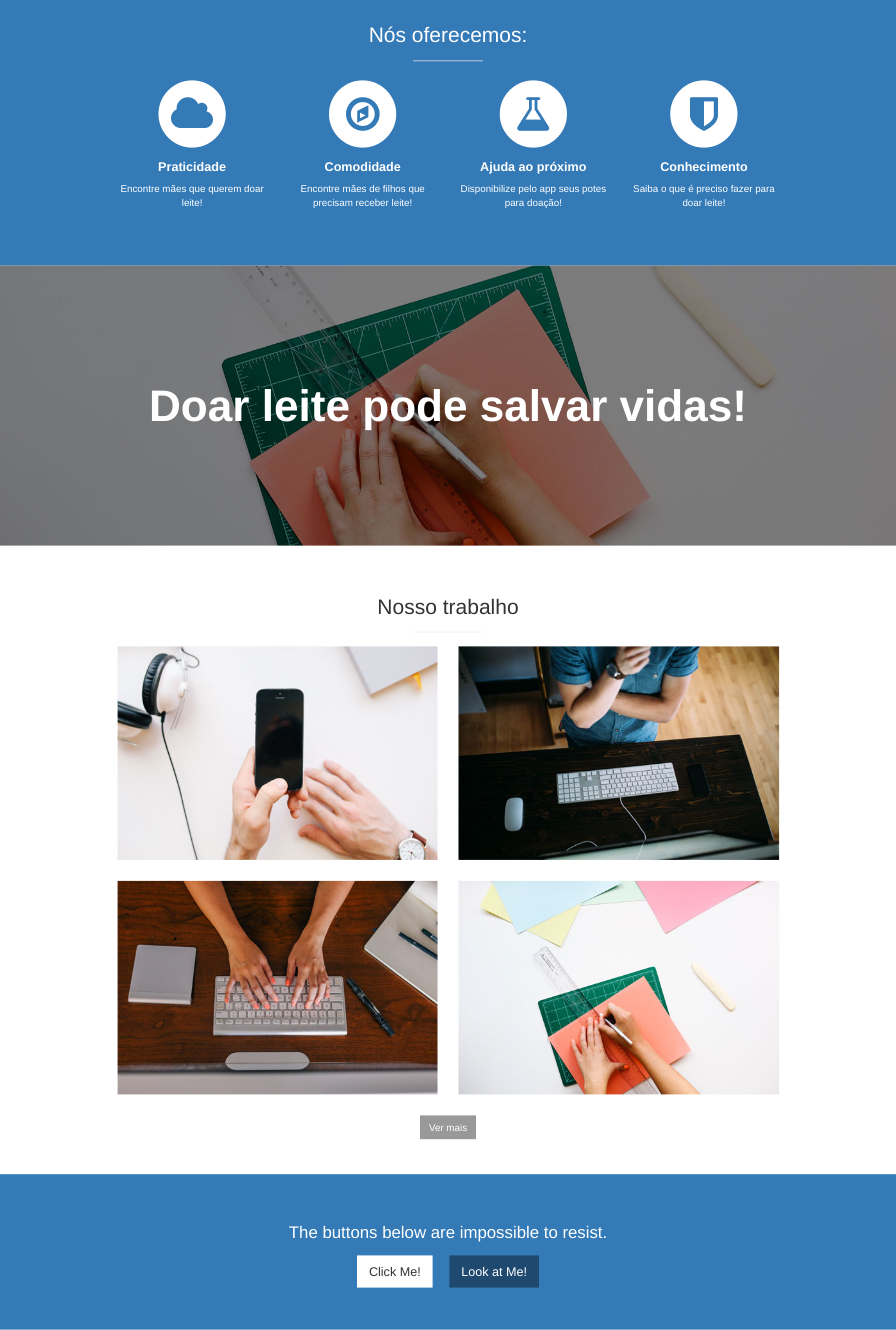
Repository: rsanttos/AmamentAcaoPage
Page: AmamentAcao/WebContent/index.html
These files come from the project's save history. The page is drawn as it stood at one moment and after the next save; the edit follows.
The browser window is 1280 px wide. The pictures show the part of the page from y = 968 to 2868 px (the page is 3841 px tall), at 70% of full size.
Pictures or frames that could not be fetched are drawn as grey boxes. Some web fonts or font styles are not loaded; a fallback is used.

Above is the page before, as saved 2016-11-24 19:40:15.

### AmamentAcao/WebContent/index.html
<!DOCTYPE html>
<html lang="en">

<head>

    <meta charset="utf-8">
    <meta http-equiv="X-UA-Compatible" content="IE=edge">
    <meta name="viewport" content="width=device-width, initial-scale=1">
    <meta name="description" content="">
    <meta name="author" content="">

    <title>AmamentAção</title>

    <!-- Bootstrap Core CSS -->
    <link href="css/bootstrap.min.css" rel="stylesheet">

    <!-- Custom CSS -->
    <link href="css/stylish-portfolio.css" rel="stylesheet">

    <!-- Custom Fonts -->
    <link href="font-awesome/css/font-awesome.min.css" rel="stylesheet" type="text/css">
    <link href="https://fonts.googleapis.com/css?family=Source+Sans+Pro:300,400,700,300italic,400italic,700italic" rel="stylesheet" type="text/css">

    <!-- HTML5 Shim and Respond.js IE8 support of HTML5 elements and media queries -->
    <!-- WARNING: Respond.js doesn't work if you view the page via file:// -->
    <!--[if lt IE 9]>
        <script src="https://oss.maxcdn.com/libs/html5shiv/3.7.0/html5shiv.js"></script>
        <script src="https://oss.maxcdn.com/libs/respond.js/1.4.2/respond.min.js"></script>
    <![endif]-->

</head>

<body>

    <!-- Navigation -->
    <a id="menu-toggle" href="#" class="btn btn-dark btn-lg toggle"><i class="fa fa-bars"></i></a>
    <nav id="sidebar-wrapper">
        <ul class="sidebar-nav">
            <a id="menu-close" href="#" class="btn btn-light btn-lg pull-right toggle"><i class="fa fa-times"></i></a>
            <li class="sidebar-brand">
                <a href="#top" onclick=$("#menu-close").click();>AmamentAção</a>
            </li>
            <li>
                <a href="#top" onclick=$("#menu-close").click();>Home</a>
            </li>
            <li>
                <a href="#about" onclick=$("#menu-close").click();>Sobre</a>
            </li>
            <li>
                <a href="#services" onclick=$("#menu-close").click();>Serviços</a>
            </li>
            <li>
                <a href="#portfolio" onclick=$("#menu-close").click();>Portfolio</a>
            </li>
            <li>
                <a href="#contact" onclick=$("#menu-close").click();>Contato</a>
            </li>
        </ul>
    </nav>

    <!-- Header -->
    <header id="top" class="header">
        <div class="text-vertical-center">
            <h1>AmamentAção</h1>
            <h3>Porque todo bebê merece uma alimentação completa</h3>
            <br>
            <a href="#about" class="btn btn-dark btn-lg">Saiba mais</a>
        </div>
    </header>

    <!-- About -->
    <section id="about" class="about">
        <div class="container">
            <div class="row">
                <div class="col-lg-12 text-center">
                    <h2>Doe leite!</h2>
                    <p class="lead">O leite materno é considerado o alimento mais completo que os recém-nascidos podem ter em suas dietas.</p>
                </div>
            </div>
            <!-- /.row -->
        </div>
        <!-- /.container -->
    </section>

    <!-- Services -->
    <!-- The circle icons use Font Awesome's stacked icon classes. For more information, visit http://fontawesome.io/examples/ -->
    <section id="services" class="services bg-primary">
        <div class="container">
            <div class="row text-center">
                <div class="col-lg-10 col-lg-offset-1">
                    <h2>Nós oferecemos:</h2>
                    <hr class="small">
                    <div class="row">
                        <div class="col-md-3 col-sm-6">
                            <div class="service-item">
                                <span class="fa-stack fa-4x">
                                <i class="fa fa-circle fa-stack-2x"></i>
                                <i class="fa fa-cloud fa-stack-1x text-primary"></i>
                            </span>
                                <h4>
                                    <strong>Praticidade</strong>
                                </h4>
                                <p>Encontre mães que querem doar leite!</p>
                            </div>
                        </div>
                        <div class="col-md-3 col-sm-6">
                            <div class="service-item">
                                <span class="fa-stack fa-4x">
                                <i class="fa fa-circle fa-stack-2x"></i>
                                <i class="fa fa-compass fa-stack-1x text-primary"></i>
                            </span>
                                <h4>
                                    <strong>Comodidade</strong>
                                </h4>
                                <p>Encontre mães de filhos que precisam receber leite!</p>
                            </div>
                        </div>
                        <div class="col-md-3 col-sm-6">
                            <div class="service-item">
                                <span class="fa-stack fa-4x">
                                <i class="fa fa-circle fa-stack-2x"></i>
                                <i class="fa fa-flask fa-stack-1x text-primary"></i>
                            </span>
                                <h4>
                                    <strong>Ajuda ao próximo</strong>
                                </h4>
                                <p>Disponibilize pelo app seus potes para doação!</p>
                            </div>
                        </div>
                        <div class="col-md-3 col-sm-6">
                            <div class="service-item">
                                <span class="fa-stack fa-4x">
                                <i class="fa fa-circle fa-stack-2x"></i>
                                <i class="fa fa-shield fa-stack-1x text-primary"></i>
                            </span>
                                <h4>
                                    <strong>Conhecimento</strong>
                                </h4>
                                <p>Saiba o que é preciso fazer para doar leite!</p>
                            </div>
                        </div>
                    </div>
                    <!-- /.row (nested) -->
                </div>
                <!-- /.col-lg-10 -->
            </div>
            <!-- /.row -->
        </div>
        <!-- /.container -->
    </section>

    <!-- Callout -->
    <aside class="callout">
        <div class="text-vertical-center">
            <h1>Doar leite pode salvar vidas!</h1>
        </div>
    </aside>

    <!-- Portfolio -->
    <section id="portfolio" class="portfolio">
        <div class="container">
            <div class="row">
                <div class="col-lg-10 col-lg-offset-1 text-center">
                    <h2>Nosso trabalho</h2>
                    <hr class="small">
                    <div class="row">
                        <div class="col-md-6">
                            <div class="portfolio-item">
                                <a href="#">
                                    <img class="img-portfolio img-responsive" src="img/portfolio-1.jpg">
                                </a>
                            </div>
                        </div>
                        <div class="col-md-6">
                            <div class="portfolio-item">
                                <a href="#">
                                    <img class="img-portfolio img-responsive" src="img/portfolio-2.jpg">
                                </a>
                            </div>
                        </div>
                        <div class="col-md-6">
                            <div class="portfolio-item">
                                <a href="#">
                                    <img class="img-portfolio img-responsive" src="img/portfolio-3.jpg">
                                </a>
                            </div>
                        </div>
                        <div class="col-md-6">
                            <div class="portfolio-item">
                                <a href="#">
                                    <img class="img-portfolio img-responsive" src="img/portfolio-4.jpg">
                                </a>
                            </div>
                        </div>
                    </div>
                    <!-- /.row (nested) -->
                    <a href="#" class="btn btn-dark">Ver mais</a>
                </div>
                <!-- /.col-lg-10 -->
            </div>
            <!-- /.row -->
        </div>
        <!-- /.container -->
    </section>

    <!-- Call to Action -->
    <aside class="call-to-action bg-primary">
        <div class="container">
            <div class="row">
                <div class="col-lg-12 text-center">
                    <h3>The buttons below are impossible to resist.</h3>
                    <a href="#" class="btn btn-lg btn-light">Click Me!</a>
                    <a href="#" class="btn btn-lg btn-dark">Look at Me!</a>
                </div>
            </div>
        </div>
    </aside>

    <!-- Map -->
    <section id="contact" class="map">
        <iframe width="100%" height="100%" frameborder="0" scrolling="no" marginheight="0" marginwidth="0" src="https://maps.google.com/maps?f=q&amp;source=s_q&amp;hl=en&amp;geocode=&amp;q=Twitter,+Inc.,+Market+Street,+San+Francisco,+CA&amp;aq=0&amp;oq=twitter&amp;sll=28.659344,-81.187888&amp;sspn=0.128789,0.264187&amp;ie=UTF8&amp;hq=Twitter,+Inc.,+Market+Street,+San+Francisco,+CA&amp;t=m&amp;z=15&amp;iwloc=A&amp;output=embed"></iframe>
        <br />
        <small>
            <a href="https://maps.google.com/maps?f=q&amp;source=embed&amp;hl=en&amp;geocode=&amp;q=Twitter,+Inc.,+Market+Street,+San+Francisco,+CA&amp;aq=0&amp;oq=twitter&amp;sll=28.659344,-81.187888&amp;sspn=0.128789,0.264187&amp;ie=UTF8&amp;hq=Twitter,+Inc.,+Market+Street,+San+Francisco,+CA&amp;t=m&amp;z=15&amp;iwloc=A"></a>
        </small>
        </iframe>
    </section>

    <!-- Footer -->
    <footer>
        <div class="container">
            <div class="row">
                <div class="col-lg-10 col-lg-offset-1 text-center">
                    <h4><strong>Start Bootstrap</strong>
                    </h4>
                    <p>3481 Melrose Place
                        <br>Beverly Hills, CA 90210</p>
                    <ul class="list-unstyled">
                        <li><i class="fa fa-phone fa-fw"></i> (123) 456-7890</li>
                        <li><i class="fa fa-envelope-o fa-fw"></i> <a href="mailto:name@example.com">name@example.com</a>
                        </li>
                    </ul>
                    <br>
                    <ul class="list-inline">
                        <li>
                            <a href="#"><i class="fa fa-facebook fa-fw fa-3x"></i></a>
                        </li>
                        <li>
                            <a href="#"><i class="fa fa-twitter fa-fw fa-3x"></i></a>
                        </li>
                        <li>
                            <a href="#"><i class="fa fa-dribbble fa-fw fa-3x"></i></a>
                        </li>
                    </ul>
                    <hr class="small">
                    <p class="text-muted">Copyright &copy; Your Website 2014</p>
                </div>
            </div>
        </div>
        <a id="to-top" href="#top" class="btn btn-dark btn-lg"><i class="fa fa-chevron-up fa-fw fa-1x"></i></a>
    </footer>

    <!-- jQuery -->
    <script src="js/jquery.js"></script>

    <!-- Bootstrap Core JavaScript -->
    <script src="js/bootstrap.min.js"></script>

    <!-- Custom Theme JavaScript -->
    <script>
    // Closes the sidebar menu
    $("#menu-close").click(function(e) {
        e.preventDefault();
        $("#sidebar-wrapper").toggleClass("active");
    });
    // Opens the sidebar menu
    $("#menu-toggle").click(function(e) {
        e.preventDefault();
        $("#sidebar-wrapper").toggleClass("active");
    });
    // Scrolls to the selected menu item on the page
    $(function() {
        $('a[href*=#]:not([href=#],[data-toggle],[data-target],[data-slide])').click(function() {
            if (location.pathname.replace(/^\//, '') == this.pathname.replace(/^\//, '') || location.hostname == this.hostname) {
                var target = $(this.hash);
                target = target.length ? target : $('[name=' + this.hash.slice(1) + ']');
                if (target.length) {
                    $('html,body').animate({
                        scrollTop: target.offset().top
                    }, 1000);
                    return false;
                }
            }
        });
    });
    //#to-top button appears after scrolling
    var fixed = false;
    $(document).scroll(function() {
        if ($(this).scrollTop() > 250) {
            if (!fixed) {
                fixed = true;
                // $('#to-top').css({position:'fixed', display:'block'});
                $('#to-top').show("slow", function() {
                    $('#to-top').css({
                        position: 'fixed',
                        display: 'block'
                    });
                });
            }
        } else {
            if (fixed) {
                fixed = false;
                $('#to-top').hide("slow", function() {
                    $('#to-top').css({
                        display: 'none'
                    });
                });
            }
        }
    });
    // Disable Google Maps scrolling
    // See http://stackoverflow.com/a/25904582/1607849
    // Disable scroll zooming and bind back the click event
    var onMapMouseleaveHandler = function(event) {
        var that = $(this);
        that.on('click', onMapClickHandler);
        that.off('mouseleave', onMapMouseleaveHandler);
        that.find('iframe').css("pointer-events", "none");
    }
    var onMapClickHandler = function(event) {
            var that = $(this);
            // Disable the click handler until the user leaves the map area
            that.off('click', onMapClickHandler);
            // Enable scrolling zoom
            that.find('iframe').css("pointer-events", "auto");
            // Handle the mouse leave event
            that.on('mouseleave', onMapMouseleaveHandler);
        }
        // Enable map zooming with mouse scroll when the user clicks the map
    $('.map').on('click', onMapClickHandler);
    </script>

</body>

</html>

### AmamentAcao/WebContent/css/stylish-portfolio.css
/*!
 * Start Bootstrap - Stylish Portfolio (http://startbootstrap.com/)
 * Copyright 2013-2016 Start Bootstrap
 * Licensed under MIT (https://github.com/BlackrockDigital/startbootstrap/blob/gh-pages/LICENSE)
 */

/* Global Styles */

html,
body {
    width: 100%;
    height: 100%;
}

body {
    font-family: "Source Sans Pro","Helvetica Neue",Helvetica,Arial,sans-serif;
}

.text-vertical-center {
    display: table-cell;
    text-align: center;
    vertical-align: middle;
}

.text-vertical-center h1 {
    margin: 0;
    padding: 0;
    font-size: 4.5em;
    font-weight: 700;
}

/* Custom Button Styles */

.btn-dark {
    border-radius: 0;
    color: #fff;
    background-color: rgba(0,0,0,0.4);
}

.btn-dark:hover,
.btn-dark:focus,
.btn-dark:active {
    color: #fff;
    background-color: rgba(0,0,0,0.7);
}

.btn-light {
    border-radius: 0;
    color: #333;
    background-color: rgb(255,255,255);
}

.btn-light:hover,
.btn-light:focus,
.btn-light:active {
    color: #333;
    background-color: rgba(255,255,255,0.8);
}

/* Custom Horizontal Rule */

hr.small {
    max-width: 100px;
}

/* Side Menu */

#sidebar-wrapper {
    z-index: 1000;
    position: fixed;
    right: 0;
    width: 250px;
    height: 100%;
    transform: translateX(250px);
    overflow-y: auto;
    background: #222;
    -webkit-transition: all 0.4s ease 0s;
    -moz-transition: all 0.4s ease 0s;
    -ms-transition: all 0.4s ease 0s;
    -o-transition: all 0.4s ease 0s;
    transition: all 0.4s ease 0s;
}

.sidebar-nav {
    position: absolute;
    top: 0;
    width: 250px;
    margin: 0;
    padding: 0;
    list-style: none;
}

.sidebar-nav li {
    text-indent: 20px;
    line-height: 40px;
}

.sidebar-nav li a {
    display: block;
    text-decoration: none;
    color: #999;
}

.sidebar-nav li a:hover {
    text-decoration: none;
    color: #fff;
    background: rgba(255,255,255,0.2);
}

.sidebar-nav li a:active,
.sidebar-nav li a:focus {
    text-decoration: none;
}

.sidebar-nav > .sidebar-brand {
    height: 55px;
    font-size: 18px;
    line-height: 55px;
}

.sidebar-nav > .sidebar-brand a {
    color: #999;
}

.sidebar-nav > .sidebar-brand a:hover {
    color: #fff;
    background: none;
}

#menu-toggle {
    z-index: 1;
    position: fixed;
    top: 0;
    right: 0;
}

#sidebar-wrapper.active {
    right: 250px;
    width: 250px;
    -webkit-transition: all 0.4s ease 0s;
    -moz-transition: all 0.4s ease 0s;
    -ms-transition: all 0.4s ease 0s;
    -o-transition: all 0.4s ease 0s;
    transition: all 0.4s ease 0s;
}

.toggle {
    margin: 5px 5px 0 0;
}

/* Header */

.header {
    display: table;
    position: relative;
    width: 100%;
    height: 100%;
    background: url(../img/bg.jpg) no-repeat center center scroll;
    -webkit-background-size: cover;
    -moz-background-size: cover;
    background-size: cover;
    -o-background-size: cover;
}

/* About */

.about {
    padding: 50px 0;
}

/* Services */

.services {
    padding: 50px 0;
}

.service-item {
    margin-bottom: 30px;
}

/* Callout */

.callout {
    display: table;
    width: 100%;
    height: 400px;
    color: #fff;
    background: url(../img/callout.jpg) no-repeat center center scroll;
    -webkit-background-size: cover;
    -moz-background-size: cover;
    background-size: cover;
    -o-background-size: cover;
}

/* Portfolio */

.portfolio {
    padding: 50px 0;
}

.portfolio-item {
    margin-bottom: 30px;
}

.img-portfolio {
    margin: 0 auto;
}

.img-portfolio:hover {
    opacity: 0.8;
}

/* Call to Action */

.call-to-action {
    padding: 50px 0;
}

.call-to-action .btn {
    margin: 10px;
}

/* Map */

.map {
    height: 500px;
}

@media(max-width:768px) {
    .map {
        height: 75%;
    }
}

.map iframe {
    pointer-events: none;
}

/* Footer */

footer {
    padding: 100px 0;
}

#to-top {
  display: none;
  position: fixed;
  bottom: 5px;
  right: 5px;
}

Loaded but not shown: AmamentAcao/WebContent/css/bootstrap.min.css (library); AmamentAcao/WebContent/font-awesome/css/font-awesome.min.css (library); AmamentAcao/WebContent/js/jquery.js (library); AmamentAcao/WebContent/js/bootstrap.min.js (library)

After the next save:
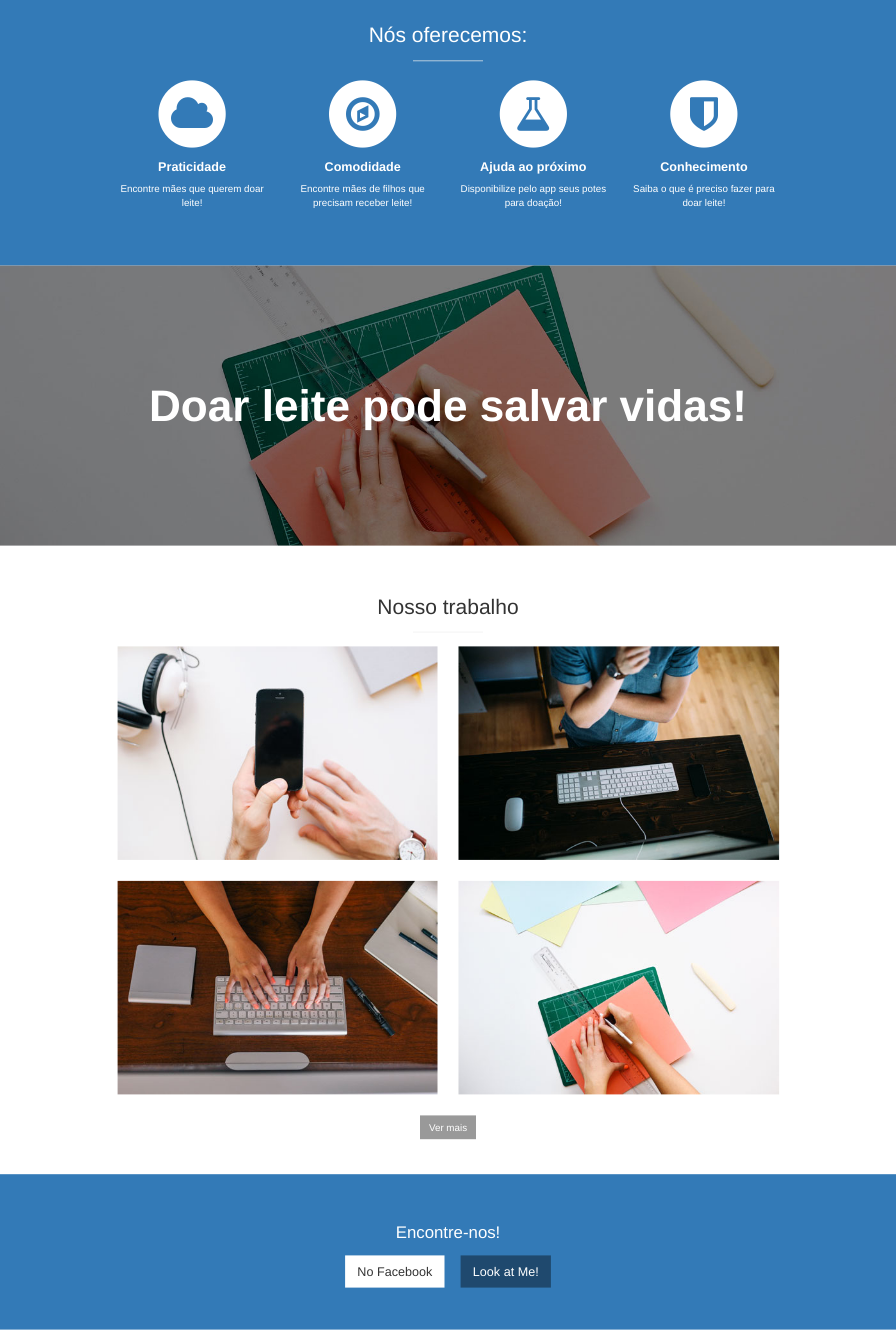
Saved 28 s later.
--- a/AmamentAcao/WebContent/index.html
+++ b/AmamentAcao/WebContent/index.html
@@ -208,8 +208,8 @@
         <div class="container">
             <div class="row">
                 <div class="col-lg-12 text-center">
-                    <h3>The buttons below are impossible to resist.</h3>
-                    <a href="#" class="btn btn-lg btn-light">Click Me!</a>
+                    <h3>Encontre-nos!</h3>
+                    <a href="#" class="btn btn-lg btn-light">No Facebook</a>
                     <a href="#" class="btn btn-lg btn-dark">Look at Me!</a>
                 </div>
             </div>
